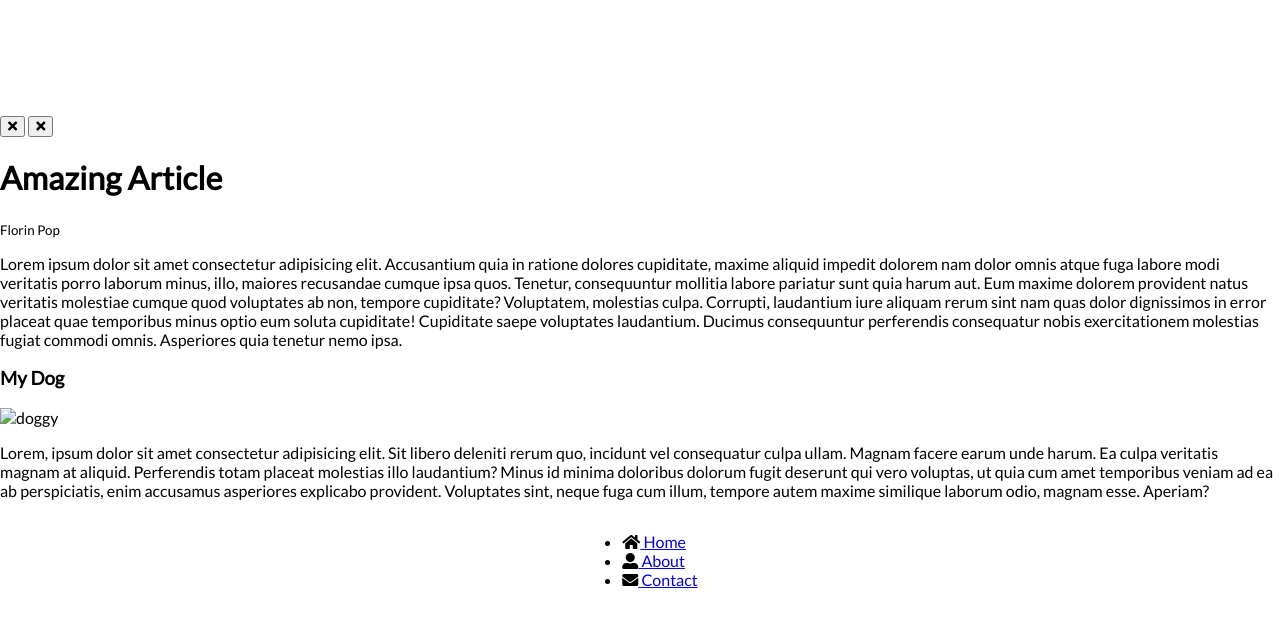
Repository: thecoachanna/rotating-navbar
Page: index.html
These files come from the project's save history. The page is drawn as it stood at one moment and after the next save; the edit follows.
The browser window is 1280 px wide. The pictures show the whole page.
Some web libraries are served in a nearby version.

Above is the page before, as saved 2023-02-16 08:59:36.

After the next save:
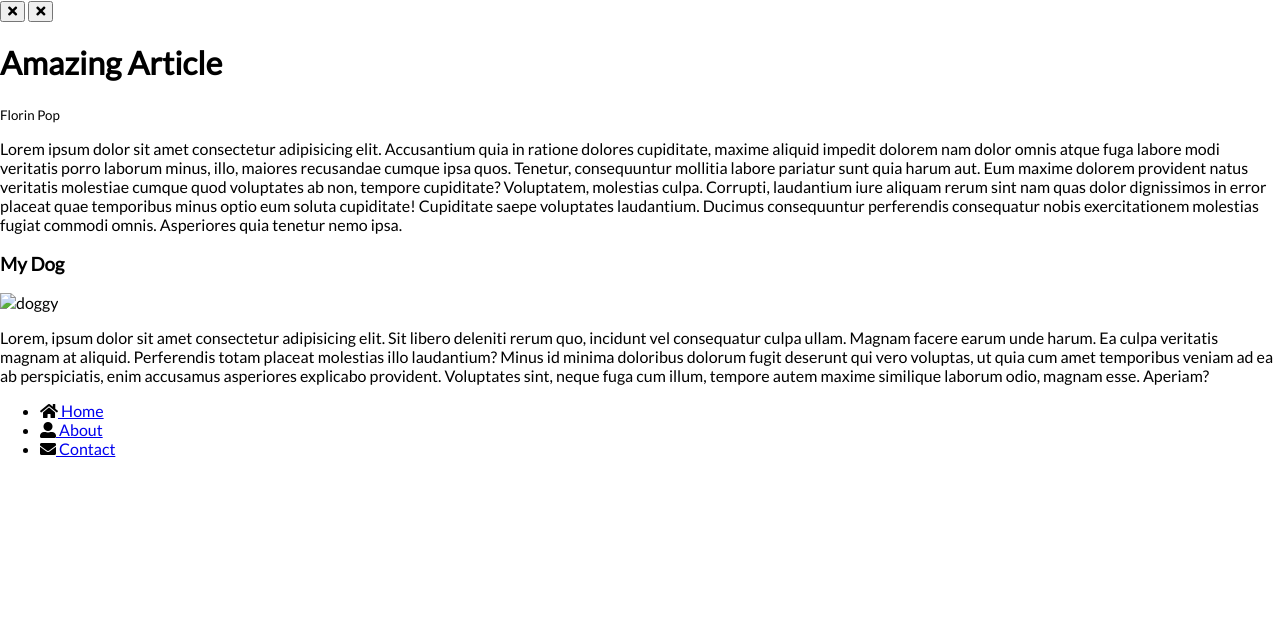
Saved 18 s later.
--- a/style.css
+++ b/style.css
@@ -7,11 +7,6 @@
 
 body {
     font-family: 'Lato', sans-serif;
-    display: flex;
-    flex-direction: column;
-    align-items: center;
-    justify-content: center;
-    height: 100vh;
     overflow: hidden;
     margin: 0;
 }
